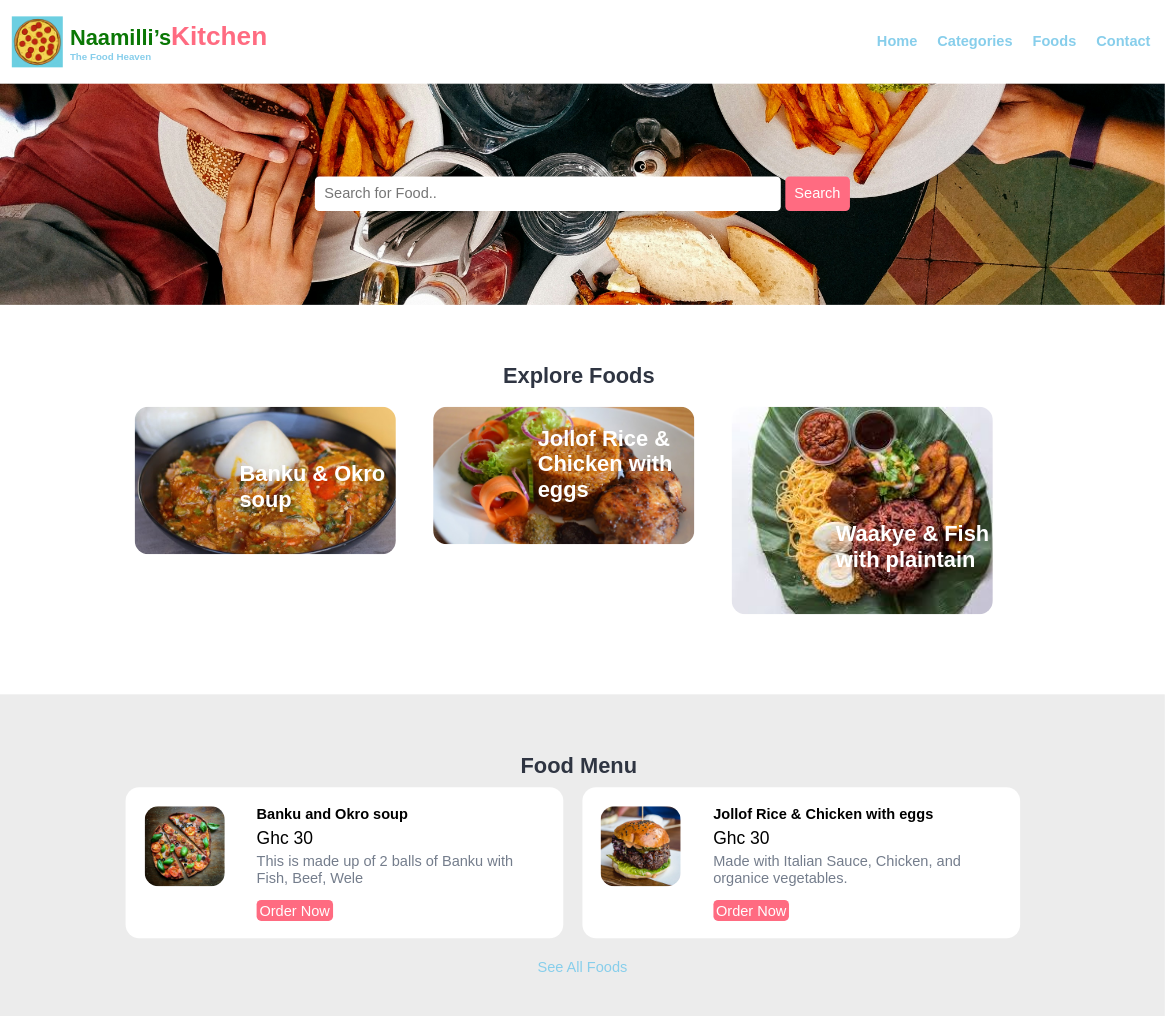
Repository: Saviour-Dagadu/Naamilli
Page: index.html
An editor plug-in stored every save of this project. The page is shown before and after the next save, followed by the edit.
The browser window is 1280 px wide. The pictures show the part of the page from y = 0 to 1116 px (the page is 1800 px tall), at 91% of full size.
A picture or video elsewhere on the page could not be fetched, so the positions and the page height are approximate.

Above is the page before, as saved 2024-12-03 22:08:52.

After the next save:
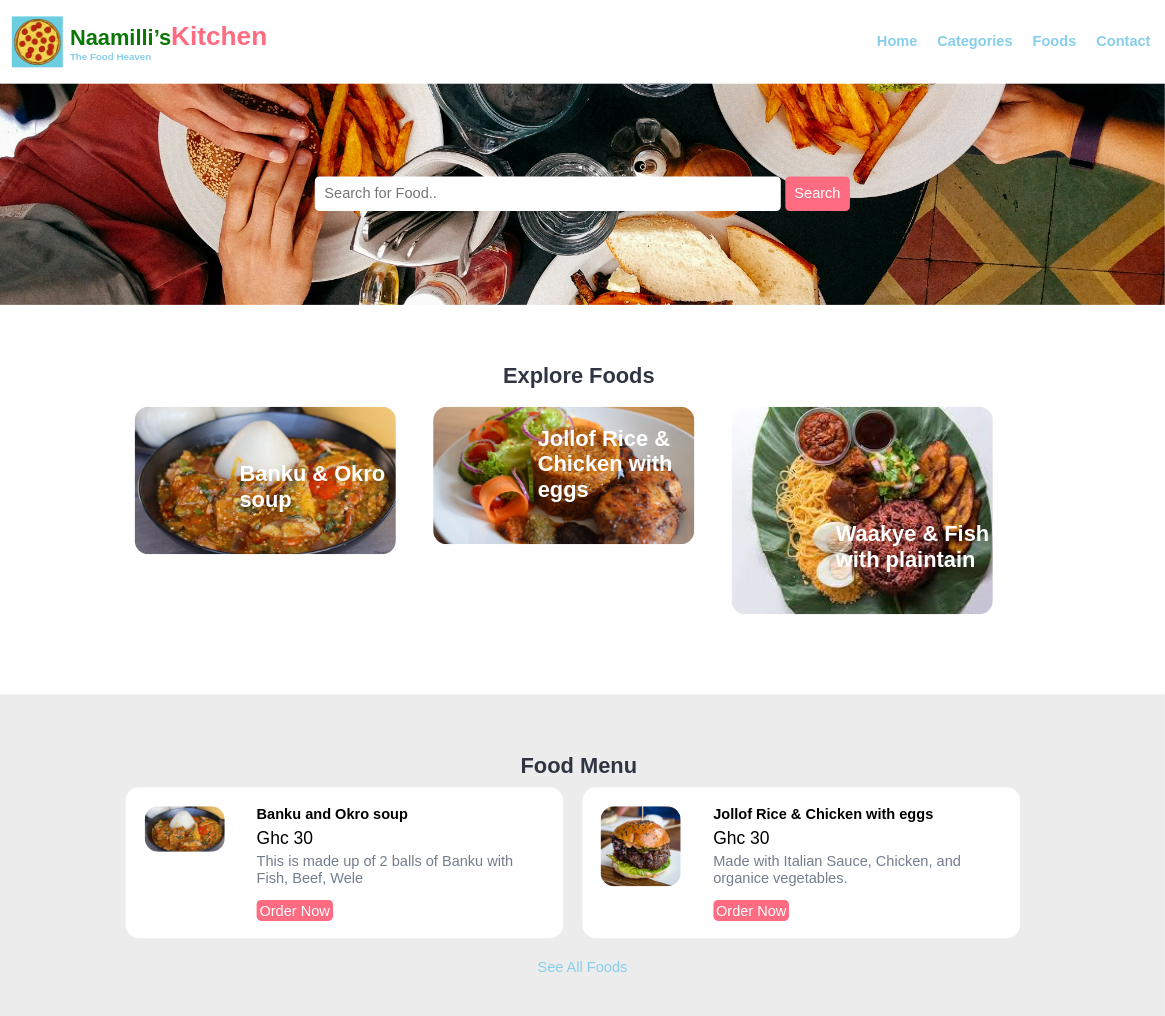
Saved 90 s later.
--- a/index.html
+++ b/index.html
@@ -104,7 +104,7 @@
 
             <div class="food-menu-box">
                 <div class="food-menu-img">
-                    <img src="images/menu-pizza.jpg" alt="Chicke Hawain Pizza" class="img-responsive img-curve">
+                    <img src="images/Banku.jpg" alt="Chicke Hawain Pizza" class="img-responsive img-curve">
                 </div>
 
                 <div class="food-menu-desc">
